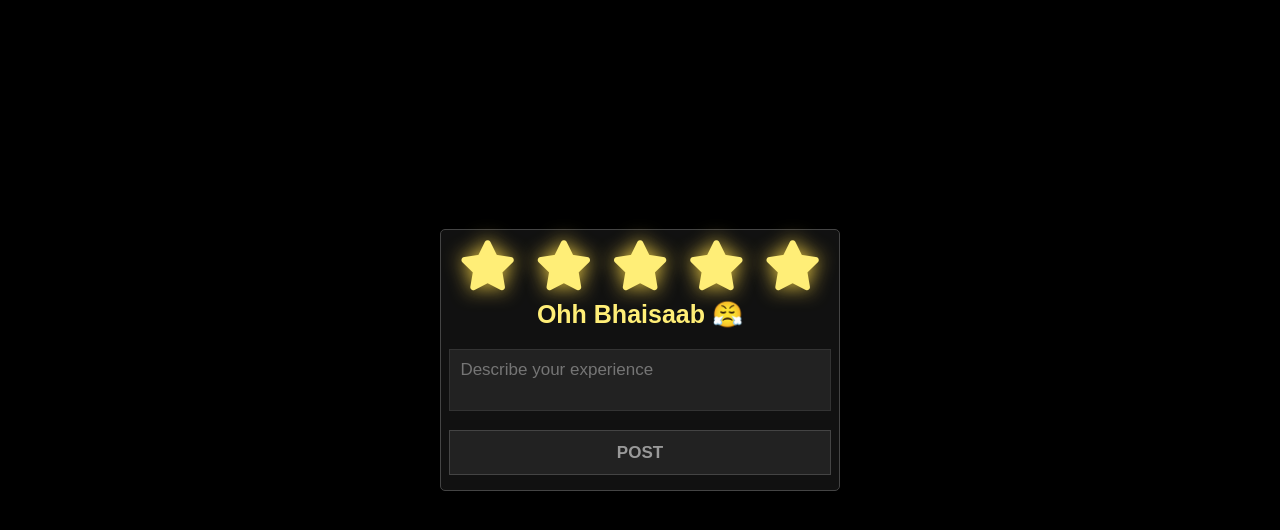
Repository: Suryansh-D/Star-Ratings
Page: index.html
An editor plug-in stored every save of this project. The page is shown before and after a run of saves, followed by the edit.
The browser window is 1280 px wide. The pictures show the whole page.
The first `#rate-5` is checked.

Above is the page before, as saved 2024-02-03 10:18:41.

### index.html
<!DOCTYPE html>
<html lang="en">
<head>
    <meta charset="UTF-8">
    <meta name="viewport" content="width=device-width, initial-scale=1.0">
    <title>Document</title>
</head>
<link rel="stylesheet" href="style.css">
<link rel="stylesheet" href="https://cdnjs.cloudflare.com/ajax/libs/font-awesome/5.15.3/css/all.min.css">
<body>
    <div class="container">
        <div class="stars">
            <input type="radio" name="rate" id="rate-5">
            <label for="rate-5" class="fas fa-star"></label>
            <input type="radio" name="rate" id="rate-4">
            <label for="rate-4" class="fas fa-star"></label>
            <input type="radio" name="rate" id="rate-3">
            <label for="rate-3" class="fas fa-star"></label>
            <input type="radio" name="rate" id="rate-2">
            <label for="rate-2" class="fas fa-star"></label>
            <input type="radio" name="rate" id="rate-1">
            <label for="rate-1" class="fas fa-star"></label>
            <form action="#">
                <header></header>
                <div class="textarea">
                <textarea cols="30" placeholder="Describe your experience"></textarea>
                </div>
                    <div class="btn">
                        <button type="submit">Post</button>
                        </div>
                 </form>
        </div>
    </div>
    <script></script>
</body>
</html>

### style.css
@import url('https://fonts.googleapis.com/css?family=Roboto:400,700');
* {
  margin: 0;
  padding: 0;
  box-sizing: border-box;
  font-family:'Poppins', sans-serif;
}
html, body {
  height: 100%;
  background-color: #000;
  place-items: center;
  display: grid;
  text-align: center;
}

.container {
  width: 400px;
  background: #111;
    padding: 20px , 30px;
    border: 1px solid #444;
    border-radius: 5px;
    display: flex;
    flex-direction: column;
    align-items: center;
    justify-content: center;
}
.container .stars input{
    display: none;
}
.stars label{
    font-size: 50px;
    color: #444;
    cursor: pointer;
    transition: all 0.2s ease;
    float: right;
    padding: 10px;

}
.stars input:not(:checked) ~ label:hover ,
.stars input:not(:checked) ~ label:hover ~ label{
    color: #ffcc00;
}
.stars input:checked ~ label{
    color: #ffcc00;
}
input#rate-5:checked ~ label{
    color: #fe7;
    text-shadow: 0 0 20px #f1cf45;
}
input#rate-4:checked ~ label{
    color: #fe7;
    text-shadow: 0 0 20px #f1cf45;
}
input#rate-3:checked ~ label{
    color: #fe7;
    text-shadow: 0 0 20px #f1cf45;
}
input#rate-2:checked ~ label{
    color: #fe7;
    text-shadow: 0 0 20px #f1cf45;
}
input#rate-1:checked ~ label{
    color: #fe7;
    text-shadow: 0 0 20px #f1cf45;
}

#rate-1:checked ~ form header:before{
    content: "Hatt Bakwas 😤";

}
#rate-2:checked ~ form header:before{
    content: "Bekaar 😒";
}
#rate-3:checked ~ form header:before{
    content: "Theek hi hai 🙂";
}
#rate-4:checked ~ form header:before{
    content: "Wah yaar😏";
}
#rate-5:checked ~ form header:before{
    content: "Ohh Bhaisaab 😤";
}


form header{
    width:100%;
    font-size: 25px;
    color: #fe7;
    font-weight: 700;
    margin: 5px 0 20px 0;
    text-align: center;
    transition: all 0.2s ease;
}

form .textarea{
    width: 100%;
   height: 100%;
   overflow: hidden;
}
form .textarea textarea{
    height: 100%;
    width:100%;
    outline: none;
    color: #fff;
    border: 1px solid #333;
    background: #222;
    padding: 10px;
    font-size: 17px;
    resize: none;
}
form .btn{
  height: 45px;
  width: 100%;
  margin: 15px 0;
}
form .btn button{
    width: 100%;
    height: 100%;
    border: 1px solid #444;
    outline: none;
    background: #222;
    color: #999;
    font-size: 20px;
    font-weight: 700;
    cursor: pointer;
    transition: all 0.2s ease;
    font-size: 17px;
    text-transform: uppercase;
}
form .btn button:hover{
    background: #1b1b1b;
    color: #fff;
}

After the next 3 saves:
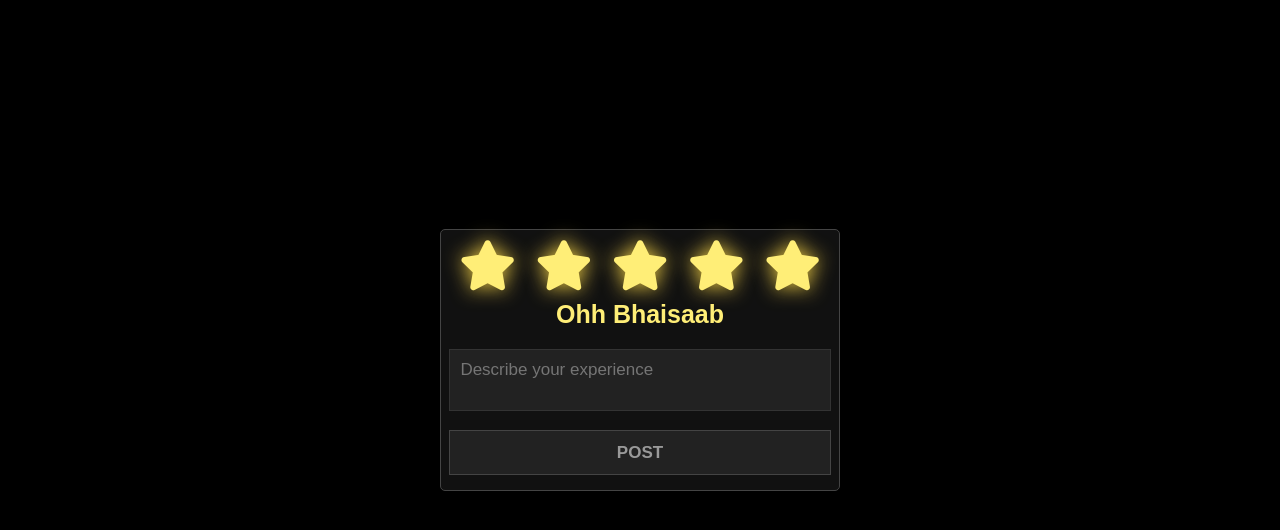
The 3 saves are shown as one change because they came seconds apart.
The last was saved 29 s later.
--- a/style.css
+++ b/style.css
@@ -78,7 +78,7 @@ input#rate-1:checked ~ label{
     content: "Wah yaar😏";
 }
 #rate-5:checked ~ form header:before{
-    content: "Ohh Bhaisaab 😤";
+    content: "Ohh Bhaisaab ";
 }
 
 
